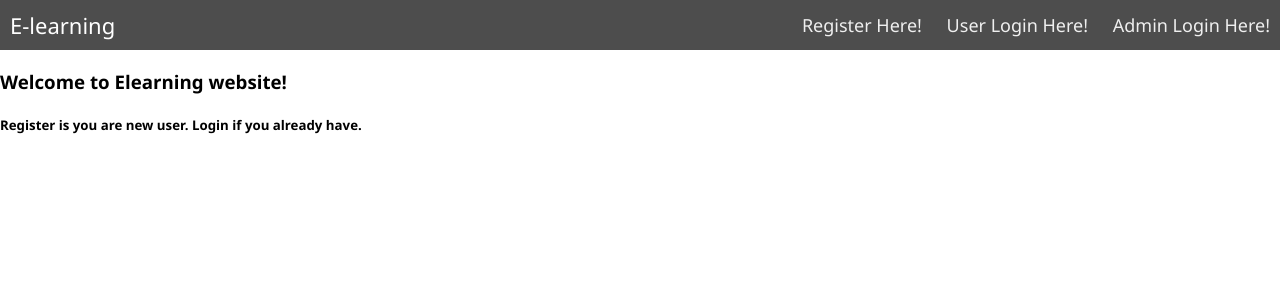
Repository: hemanthchallacs/learning_spring_boot
Page: http://localhost/welcome
An editor plug-in stored every save of this project. The page is shown before and after the next save, followed by the edit.
The browser window is 1280 px wide. The pictures show the whole page.
The page is this project's Thymeleaf template; nobody is signed in. The template is opened directly, without the code that normally fills it, so the values that code supplies are empty.

Above is the page before, as saved 2021-07-12 16:16:23.

### ver1_elearning/src/main/resources/templates/welcome.html
<!DOCTYPE html>
<html xmlns:th="http://www.thymeleaf.org">
<head >
<meta charset="ISO-8859-1">
<title></title>
<style type="text/css">
* {
  box-sizing: border-box;
}

body {
  margin: 0px;
  font-family: 'segoe ui';
}

.nav {
  height: 50px;
  width: 100%;
  background-color: #4d4d4d;
  position: relative;
}

.nav > .nav-header {
  display: inline;
}

.nav > .nav-header > .nav-title {
  display: inline-block;
  font-size: 22px;
  color: #fff;
  padding: 10px 10px 10px 10px;
}

.nav > .nav-btn {
  display: none;
}

.nav > .nav-links {
  display: inline;
  float: right;
  font-size: 18px;
}

.nav > .nav-links > a {
  display: inline-block;
  padding: 13px 10px 13px 10px;
  text-decoration: none;
  color: #efefef;
}

.nav > .nav-links > a:hover {
  background-color: rgba(0, 0, 0, 0.3);
}

.nav > #nav-check {
  display: none;
}

@media (max-width:600px) {
  .nav > .nav-btn {
    display: inline-block;
    position: absolute;
    right: 0px;
    top: 0px;
  }
  .nav > .nav-btn > label {
    display: inline-block;
    width: 50px;
    height: 50px;
    padding: 13px;
  }
  .nav > .nav-btn > label:hover,.nav  #nav-check:checked ~ .nav-btn > label {
    background-color: rgba(0, 0, 0, 0.3);
  }
  .nav > .nav-btn > label > span {
    display: block;
    width: 25px;
    height: 10px;
    border-top: 2px solid #eee;
  }
  .nav > .nav-links {
    position: absolute;
    display: block;
    width: 100%;
    background-color: #333;
    height: 0px;
    transition: all 0.3s ease-in;
    overflow-y: hidden;
    top: 50px;
    left: 0px;
  }
  .nav > .nav-links > a {
    display: block;
    width: 100%;
  }
  .nav > #nav-check:not(:checked) ~ .nav-links {
    height: 0px;
  }
  .nav > #nav-check:checked ~ .nav-links {
    height: calc(100vh - 50px);
    overflow-y: auto;
  }
}</style>
</head>
<body>
<div class="nav">
  <input type="checkbox" id="nav-check">
  <div class="nav-header">
    <div class="nav-title">
      E-learning
    </div>
  </div>
  <div class="nav-btn">
    <label for="nav-check">
      <span></span>
      <span></span>
      <span></span>
    </label>
  </div>

  <div class="nav-links">
   <a th:href=@{/RegistrationForm}>Register Here!</a>
	<a th:href=@{/login}>User Login Here!</a>
	<a th:href=@{/adminlogin}>Admin Login Here!</a>

  </div>
</div>
<div>
<h3>Welcome to Elearning website!</h3>
<h5>Register is you are new user. Login if you already have.</h5>
</div>


</body>
</html>

After the next save:
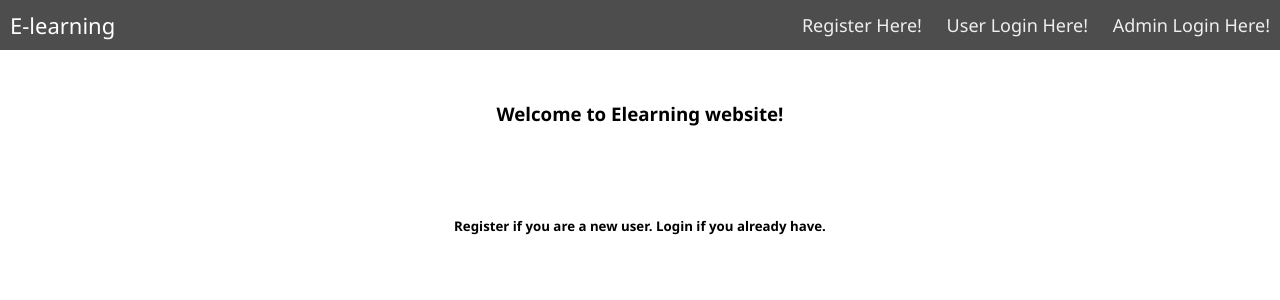
Saved 87 s later.
--- a/ver1_elearning/src/main/resources/templates/welcome.html
+++ b/ver1_elearning/src/main/resources/templates/welcome.html
@@ -125,9 +125,11 @@ body {
 
   </div>
 </div>
-<div>
+<div style = "text-align: center;
+vertical-align: middle;
+line-height: 90px;    ">
 <h3>Welcome to Elearning website!</h3>
-<h5>Register is you are new user. Login if you already have.</h5>
+<h5>Register if you are a new user. Login if you already have.</h5>
 </div>
 
 
